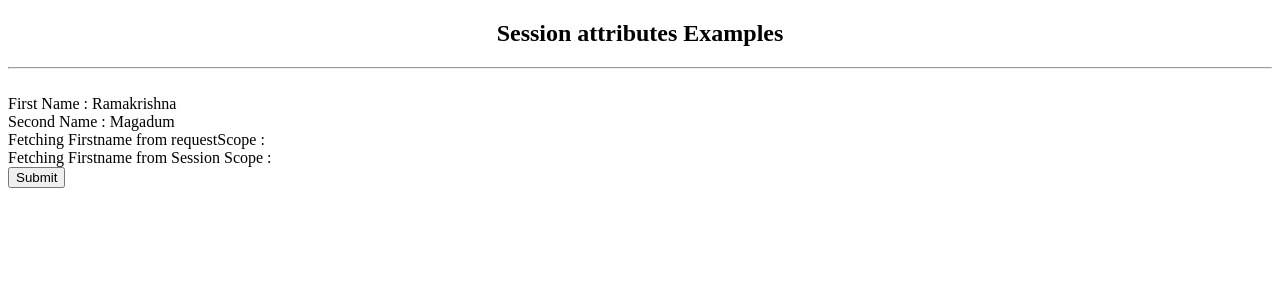
Repository: Ramakrishnmagadum/Testing_Branch
Page: http://localhost/Love-calculator-SessionAttributes/frist
An editor plug-in stored every save of this project. The page is shown before and after the next save, followed by the edit.
The browser window is 1280 px wide. The pictures show the whole page.
The page is served by Tomcat 9. The template is opened directly, without the code that normally fills it, so the values that code supplies are empty.

Above is the page before, as saved 2025-05-02 12:33:55.

After the next save:
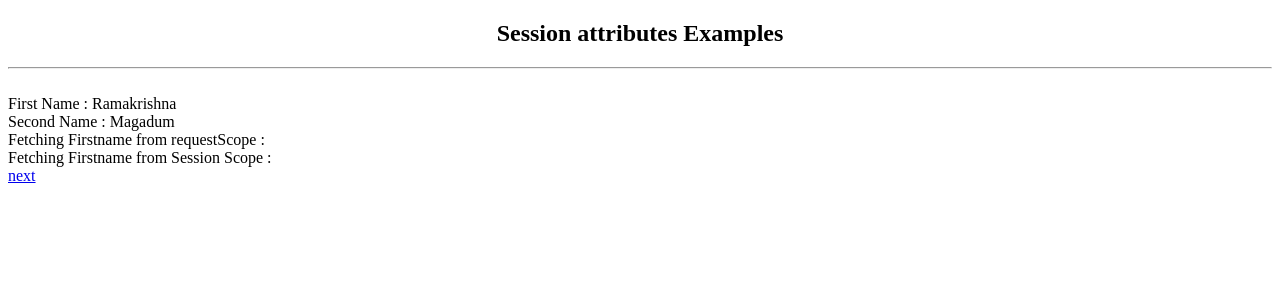
Saved 65 s later.
--- a/Love-calculator-SessionAttributes/src/main/webapp/WEB-INF/view/index.jsp
+++ b/Love-calculator-SessionAttributes/src/main/webapp/WEB-INF/view/index.jsp
@@ -15,6 +15,6 @@
 Fetching Firstname from  requestScope : ${requestscope.firstname}<br>
 Fetching Firstname from  Session Scope : ${sessionscope.firstname}
 <br>
-<input type="submit" value="Submit">
+<a href="second"> next</a>
 </body>
 </html>
